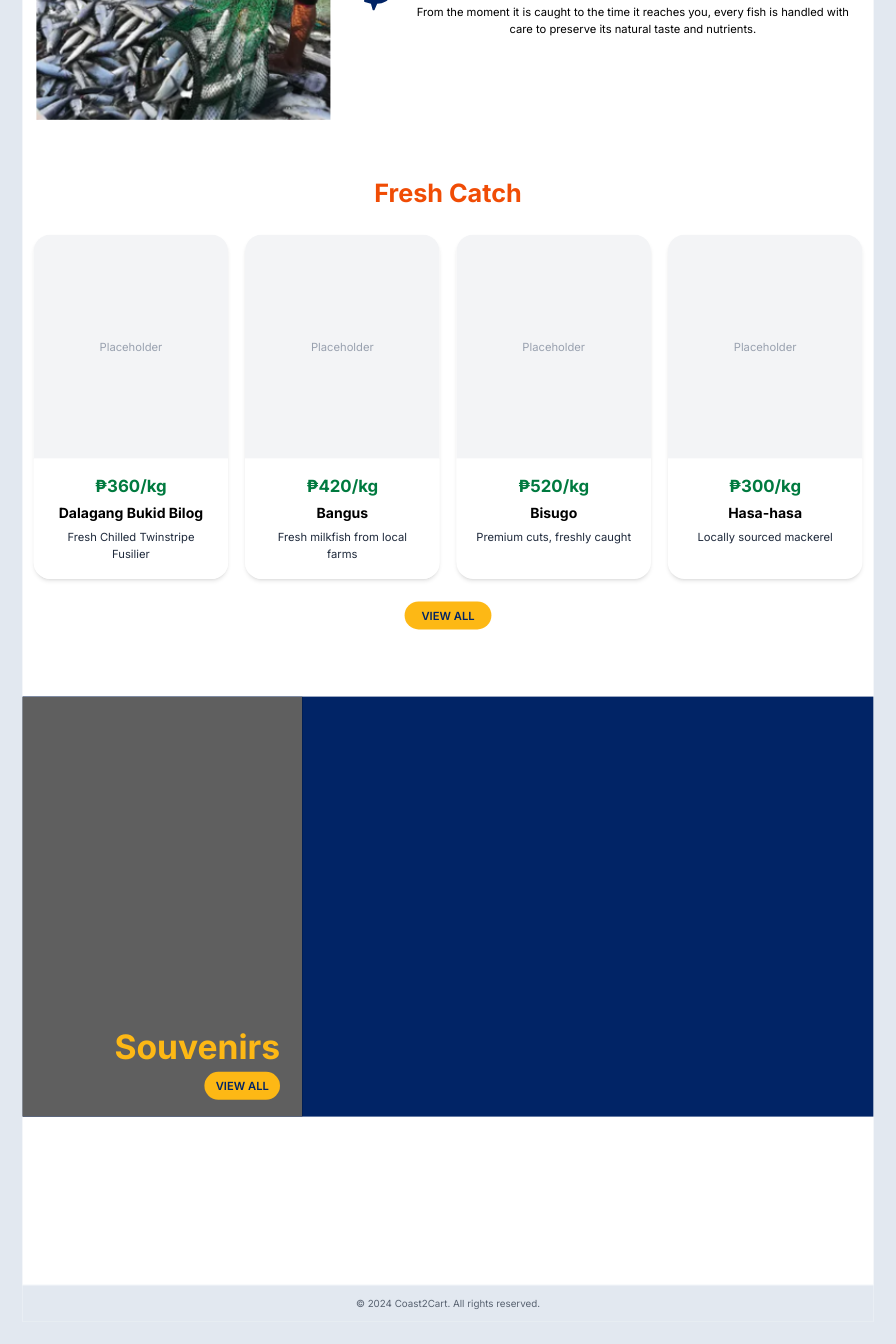
Repository: Coast2Card/coast2cart-frontend
Page: /
The author's editor kept a copy of each file at every save. The page is drawn from the files as they stood at one save, then again after the next save.
The browser window is 1280 px wide. The pictures show the part of the page from y = 1873 to 3793 px (the page is 3793 px tall), at 70% of full size.
Pictures or frames that could not be fetched are drawn as grey boxes. The project was rebuilt for these pictures with package versions that can differ from the ones it lists, and the page was loaded fresh each time. Also part of the build but not shown: vite.config.js, src/pages/Seafood.jsx, src/pages/Souvenirs.jsx, src/pages/About.jsx, src/pages/Cart.jsx, src/pages/Profile.jsx, src/pages/Colors.jsx.

Above is the page before, as saved 2025-09-08 14:42:20.

After the next save:
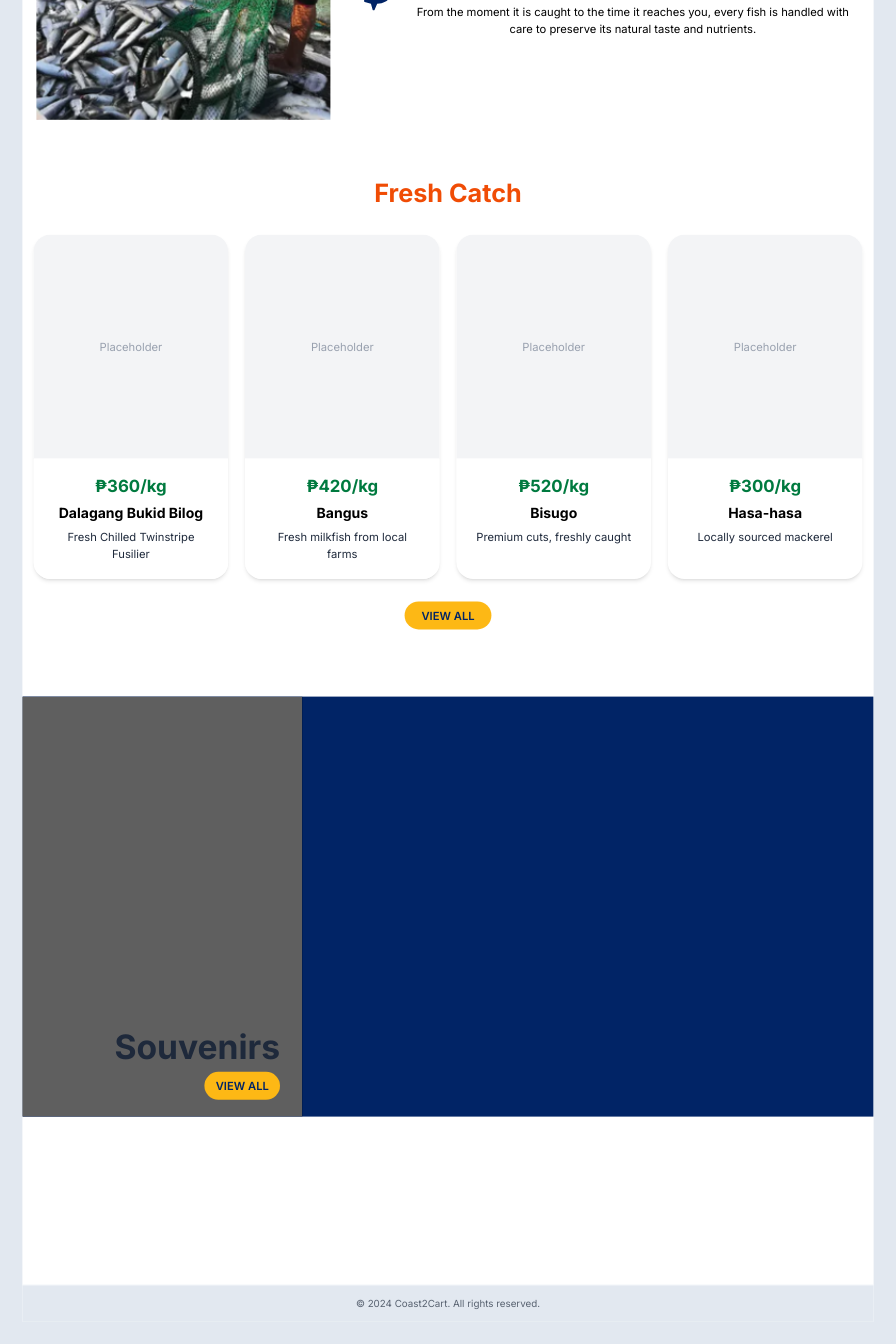
Saved 9 s later.
--- a/src/components/home/HomeSouvenirs.jsx
+++ b/src/components/home/HomeSouvenirs.jsx
@@ -7,7 +7,7 @@ const HomeSouvenirs = () => {
         <div className="absolute flex items-end justify-end p-6 px-8 inset-0  bg-black opacity-40"></div>
         <div className="absolute flex items-end justify-end p-6 px-8 inset-0 ">
           <div className="flex flex-col items-end">
-            <h2 className="text-5xl font-bold text-secondary mb-3">
+            <h2 className="text-5xl font-bold text-lighter-secondary mb-3">
               Souvenirs
             </h2>
             <button className=" bg-secondary text-primary uppercase  px-4 py-2 rounded-full text-md  font-semibold hover:bg-secondary/90 transition-colors cursor-pointer">
